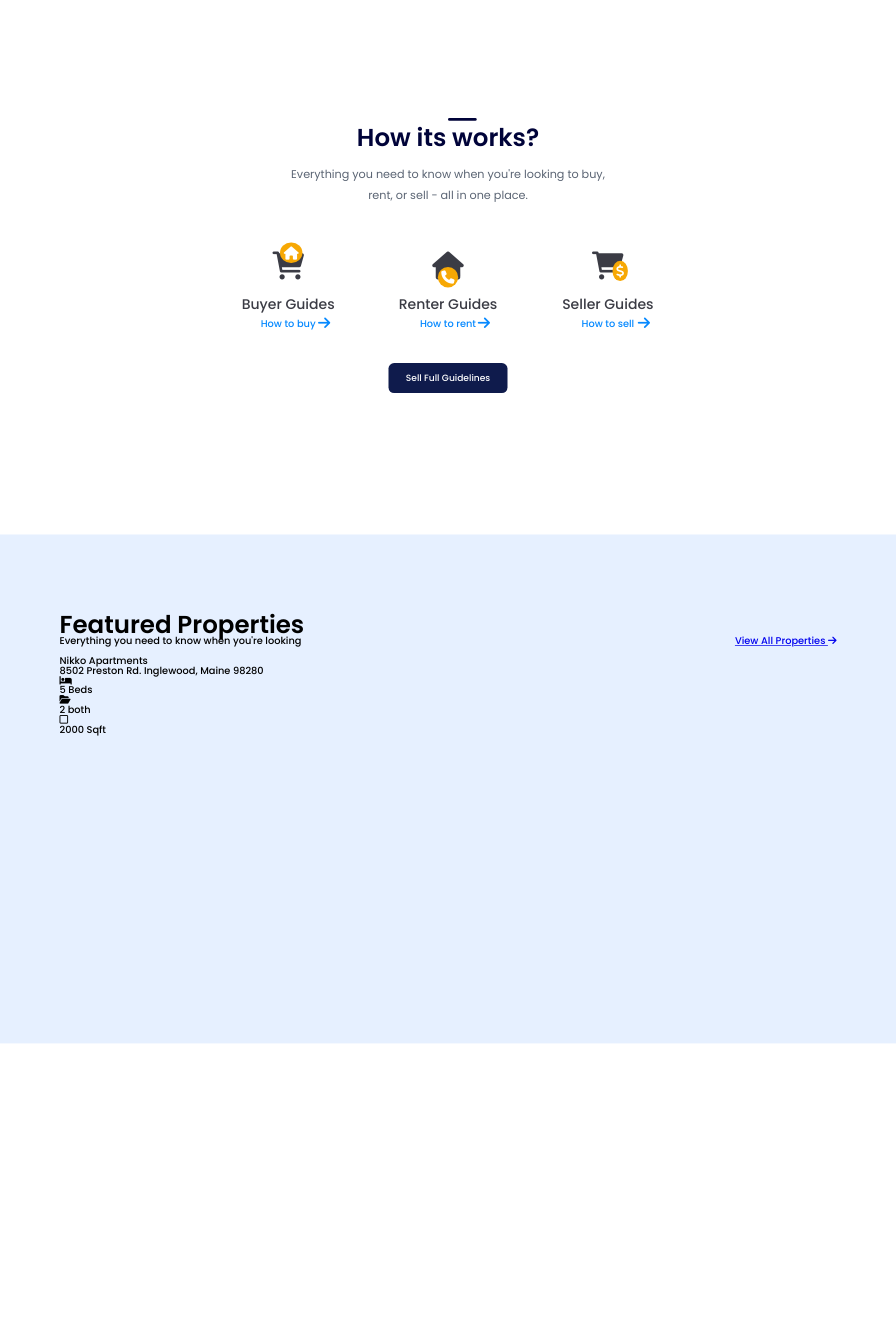
Repository: kauittt/f8-htmlcss-01
Page: index.html
An editor plug-in stored every save of this project. The page is shown before and after the next save, followed by the edit.
The browser window is 1280 px wide. The pictures show the part of the page from y = 991 to 2911 px (the page is 2911 px tall), at 70% of full size.

Above is the page before, as saved 2023-01-01 10:34:51.

After the next save:
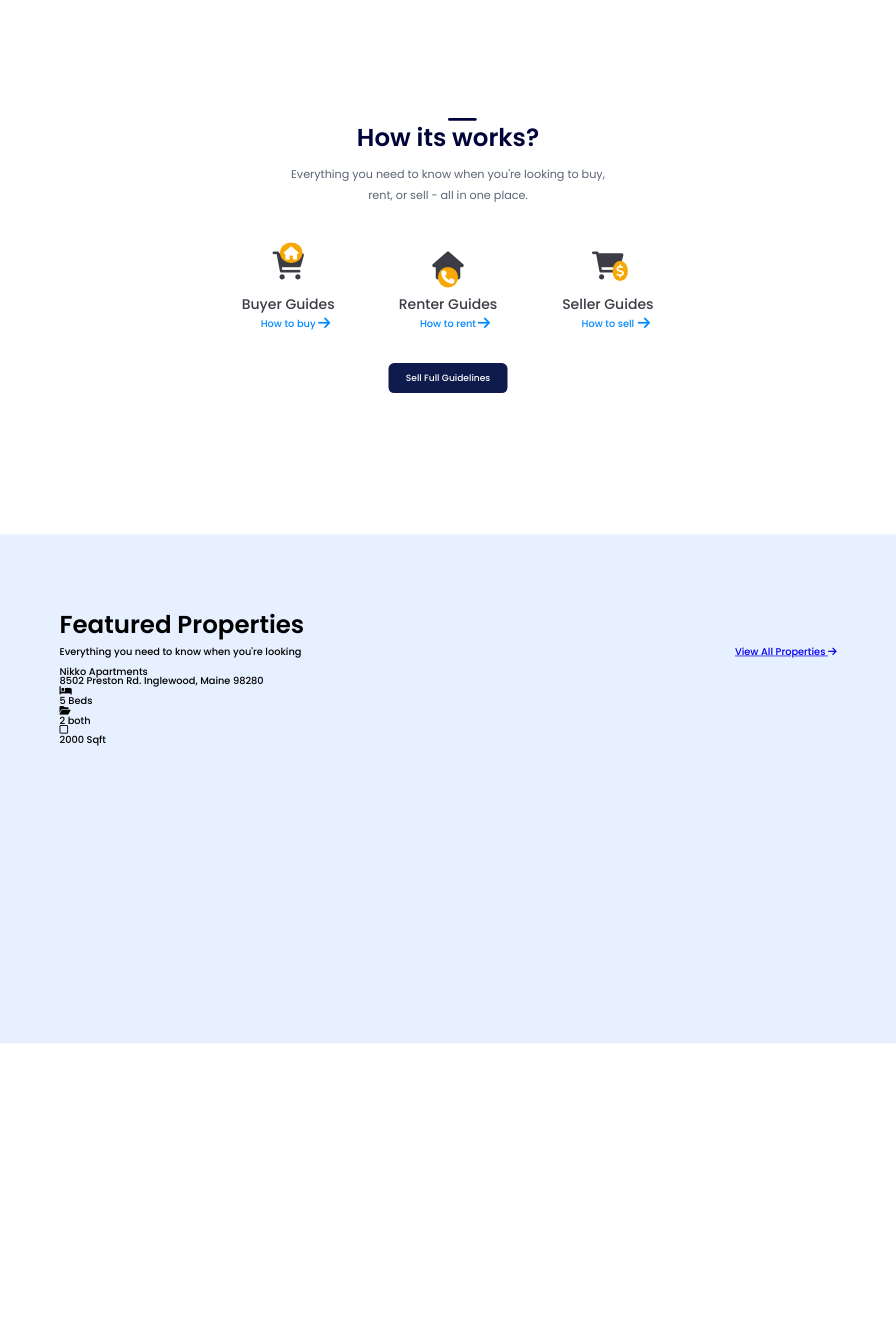
Saved 16 s later.
--- a/assets/css/styles.css
+++ b/assets/css/styles.css
@@ -283,6 +283,7 @@ body {
 .feature-more {
     display: flex;
     justify-content: space-between;
+    margin-top: 15px;
 }
 
 .feature-more__desc {
